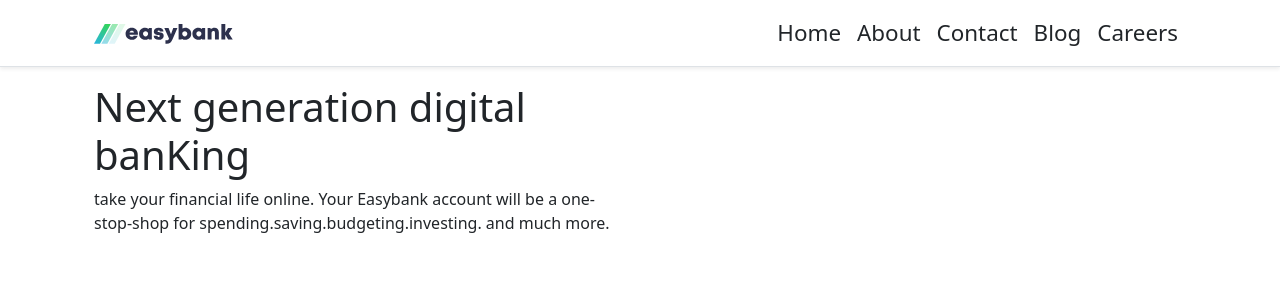
Repository: devbastos/easy-Bank
Page: / (app in frontend/)
These files come from the project's save history. The page is drawn as it stood at one moment and after the next save; the edit follows.
The browser window is 1280 px wide. The pictures show the whole page.
Some web libraries are served in a nearby version. The project was rebuilt for these pictures with package versions that can differ from the ones it lists, and the page was loaded fresh each time.

Above is the page before, as saved 2022-02-03 18:34:27.

### frontend/src/index.html
<!doctype html>
<html lang="en">
<head>
  <meta charset="utf-8">
  <title>Frontend</title>
  <base href="/">
  <meta name="viewport" content="width=device-width, initial-scale=1">
  <link rel="icon" type="image/x-icon" href="favicon.ico">
  <link rel="stylesheet" href="../node_modules/bootstrap/dist/css/bootstrap.css">
  <link rel="stylesheet" href="../node_modules/bootstrap-icons/font/bootstrap-icons.css">
  <!-- CSS only -->
<link href="https://cdn.jsdelivr.net/npm/bootstrap@5.1.3/dist/css/bootstrap.min.css" rel="stylesheet" integrity="sha384-1BmE4kWBq78iYhFldvKuhfTAU6auU8tT94WrHftjDbrCEXSU1oBoqyl2QvZ6jIW3" crossorigin="anonymous">
</head>
<body>
  <app-root></app-root>

  <script src="/node_modules/bootstrap/dist/js/bootstrap.bundle.js" crossorigin="anonymous"></script>
  <!-- JavaScript Bundle with Popper -->
<script src="https://cdn.jsdelivr.net/npm/bootstrap@5.1.3/dist/js/bootstrap.bundle.min.js" integrity="sha384-ka7Sk0Gln4gmtz2MlQnikT1wXgYsOg+OMhuP+IlRH9sENBO0LRn5q+8nbTov4+1p" crossorigin="anonymous"></script>
  <!-- JavaScript Bundle with Popper -->
<script src="https://cdn.jsdelivr.net/npm/bootstrap@5.1.3/dist/js/bootstrap.bundle.min.js" integrity="sha384-ka7Sk0Gln4gmtz2MlQnikT1wXgYsOg+OMhuP+IlRH9sENBO0LRn5q+8nbTov4+1p" crossorigin="anonymous"></script>
</body>
</html>

### frontend/src/app/app.module.ts
import { NgModule } from '@angular/core';
import { BrowserModule } from '@angular/platform-browser';

import { AppRoutingModule } from './app-routing.module';
import { AppComponent } from './app.component';
import { NavbarComponent } from './template/navbar/navbar.component';
import { BrowserAnimationsModule } from '@angular/platform-browser/animations';
import { HeaderComponent } from './template/header/header.component';

@NgModule({
  declarations: [
    AppComponent,
    NavbarComponent,
    HeaderComponent,

  ],
  imports: [
    BrowserModule,
    AppRoutingModule,
    BrowserAnimationsModule
  ],
  providers: [],
  bootstrap: [AppComponent]
})
export class AppModule { }

### frontend/src/app/app.component.ts
import { Component } from '@angular/core';

@Component({
  selector: 'app-root',
  templateUrl:'app.Component.html',
})
export class AppComponent {
  title = 'frontend';
}

### frontend/src/app/app.Component.html
<app-navbar></app-navbar>
<app-header></app-header>

### frontend/src/app/template/navbar/navbar.component.html
<!--
<section id="home">
    <div class="container ms-5 me-5">
        <div class="row">
            <div class="col">



                <nav class="navbar navbar-expand-lg navbar-dark">
                    <ul class="navbar-nav">
                        <li class="nav justify-content-start">
                            <a class="nav-link text-white justify-content-start">
                                logo -->
                    <!-- <svg xmlns="http://www.w3.org/2000/svg" width="139" height="20"><defs><linearGradient id="a" x1="72.195%" x2="17.503%" y1="0%" y2="100%"><stop offset="0%" stop-color="#33D35E"/><stop offset="100%" stop-color="#2AB6D9"/></linearGradient></defs><g fill="none" fill-rule="evenodd"><path fill="#2D314D" fill-rule="nonzero" d="M37.754 15.847c2.852 0 5.152-1.622 5.952-4.216h-3.897c-.376.665-1.14 1.066-2.055 1.066-1.237 0-2.065-.674-2.32-1.978h8.44c.051-.352.081-.694.081-1.037 0-3.335-2.537-5.95-6.201-5.95-3.568 0-6.175 2.564-6.175 6.049 0 3.473 2.628 6.066 6.175 6.066zm2.344-7.297h-4.596c.317-1.129 1.11-1.749 2.252-1.749 1.181 0 2 .613 2.344 1.75zm10.946 7.296c1.32 0 2.5-.434 3.43-1.188l.336.804h3.027V4.093h-2.919l-.4.88c-.94-.775-2.135-1.222-3.474-1.222-3.476 0-5.961 2.505-5.961 6.026 0 3.533 2.485 6.07 5.961 6.07zm.524-3.467c-1.467 0-2.545-1.108-2.545-2.593 0-1.475 1.069-2.583 2.545-2.583 1.466 0 2.544 1.108 2.544 2.583 0 1.485-1.078 2.593-2.544 2.593zm13.123 3.467c3.02 0 5.025-1.554 5.025-3.93 0-2.883-2.387-3.256-4.183-3.575-1.08-.193-1.95-.344-1.95-.99 0-.527.422-.838 1.05-.838.71 0 1.197.337 1.197 1.063h3.667c-.044-2.303-1.92-3.843-4.816-3.843-2.912 0-4.854 1.47-4.854 3.75 0 2.757 2.337 3.289 4.1 3.574 1.092.181 1.952.368 1.952 1.024 0 .587-.543.88-1.116.88-.742 0-1.32-.383-1.32-1.214h-3.77c.036 2.463 1.919 4.1 5.018 4.1zm8.1 3.858c2.936 0 4.344-1.257 5.877-4.736l4.764-10.863h-4.206l-2.249 6.263-2.412-6.263H70.31l4.698 10.43c-.53 1.414-.983 1.804-2.48 1.804H71.45v3.365h1.341zm18.504-3.858c3.5 0 5.973-2.515 5.973-6.048S94.796 3.75 91.295 3.75a5.332 5.332 0 00-2.825.784V0H84.6v15.474h2.897l.37-.844c.923.771 2.102 1.216 3.428 1.216zm-.523-3.467c-1.467 0-2.545-1.108-2.545-2.58 0-1.486 1.078-2.594 2.545-2.594 1.466 0 2.544 1.108 2.544 2.593 0 1.473-1.087 2.58-2.544 2.58zm13.598 3.467c1.32 0 2.5-.434 3.43-1.188l.336.804h3.027V4.093h-2.918l-.401.88c-.939-.775-2.135-1.222-3.474-1.222-3.476 0-5.96 2.505-5.96 6.026 0 3.533 2.484 6.07 5.96 6.07zm.524-3.467c-1.467 0-2.545-1.108-2.545-2.593 0-1.475 1.07-2.583 2.545-2.583 1.467 0 2.545 1.108 2.545 2.583 0 1.485-1.078 2.593-2.545 2.593zm12.653 3.095V9.403c0-1.447.702-2.3 1.923-2.3.986 0 1.483.657 1.483 1.98v6.39h3.915V8.543c0-2.897-1.733-4.773-4.373-4.773-1.47 0-2.733.565-3.58 1.508l-.537-1.172h-2.747v11.369h3.916zm13.748 0v-4.808l2.848 4.808h4.616l-3.902-5.95 3.543-5.419h-4.397l-2.708 4.454V0h-3.916v15.474h3.916z"/><g fill="url(#a)"><path d="M10.802 0L0 19.704h5.986L16.789 0z"/><path opacity=".5" d="M18.171 0L7.368 19.704h5.986L24.157 0z"/><path opacity=".15" d="M25.539 0L14.737 19.704h5.986L31.525 0z"/></g></g></svg>
                            </a>
                             logo end
                        </li>
                    </ul> -->

                        <!-- <button class="navbar-toggler" type="button" data-bs-toggle="collapse" data-bs-target=".navbar-collapse">
                            <svg xmlns="http://www.w3.org/2000/svg" width="30" height="30" fill="currentColor" class="bi bi-list" viewBox="0 0 16 16">
                            <path fill-rule="evenodd" d="M2.5 12a.5.5 0 0 1 .5-.5h10a.5.5 0 0 1 0 1H3a.5.5 0 0 1-.5-.5zm0-4a.5.5 0 0 1 .5-.5h10a.5.5 0 0 1 0 1H3a.5.5 0 0 1-.5-.5zm0-4a.5.5 0 0 1 .5-.5h10a.5.5 0 0 1 0 1H3a.5.5 0 0 1-.5-.5z"/>
                          </svg>
                        </button>
                        <div class="navbar-collapse collapse">
                             nav center

                            <ul class="nav navegacao justify-content-center">
                                <li class="nav-item">
                                  <a class="nav-link" aria-current="page" href="#">Home</a>
                                </li>
                                <li class="nav-item">
                                  <a class="nav-link" href="#">About</a>
                                </li>
                                <li class="nav-item">
                                  <a class="nav-link" href="#">Contact</a>
                                </li>
                                <li class="nav-item">
                                  <a class="nav-link">Blog</a>
                                </li>
                                <li class="nav-item">
                                    <a class="nav-link">Careers</a>
                                  </li>

                                     <button type="button" class="btn botaoDireito opacity-50" style="border: 1px solid danger;">Request Invite</button>

                              </ul>
                             nav center end

                        </div>
                </nav>
            </div>
        </div>
    </div>
    </section>  -->

    <nav class="navbar navbar-expand-lg navbar-dark  border-bottom shadow-sm mb-3">
      <div class="container">
          <a class="navbar-brand" href=""><svg xmlns="http://www.w3.org/2000/svg" width="139" height="20"><defs><linearGradient id="a" x1="72.195%" x2="17.503%" y1="0%" y2="100%"><stop offset="0%" stop-color="#33D35E"/><stop offset="100%" stop-color="#2AB6D9"/></linearGradient></defs><g fill="none" fill-rule="evenodd"><path fill="#2D314D" fill-rule="nonzero" d="M37.754 15.847c2.852 0 5.152-1.622 5.952-4.216h-3.897c-.376.665-1.14 1.066-2.055 1.066-1.237 0-2.065-.674-2.32-1.978h8.44c.051-.352.081-.694.081-1.037 0-3.335-2.537-5.95-6.201-5.95-3.568 0-6.175 2.564-6.175 6.049 0 3.473 2.628 6.066 6.175 6.066zm2.344-7.297h-4.596c.317-1.129 1.11-1.749 2.252-1.749 1.181 0 2 .613 2.344 1.75zm10.946 7.296c1.32 0 2.5-.434 3.43-1.188l.336.804h3.027V4.093h-2.919l-.4.88c-.94-.775-2.135-1.222-3.474-1.222-3.476 0-5.961 2.505-5.961 6.026 0 3.533 2.485 6.07 5.961 6.07zm.524-3.467c-1.467 0-2.545-1.108-2.545-2.593 0-1.475 1.069-2.583 2.545-2.583 1.466 0 2.544 1.108 2.544 2.583 0 1.485-1.078 2.593-2.544 2.593zm13.123 3.467c3.02 0 5.025-1.554 5.025-3.93 0-2.883-2.387-3.256-4.183-3.575-1.08-.193-1.95-.344-1.95-.99 0-.527.422-.838 1.05-.838.71 0 1.197.337 1.197 1.063h3.667c-.044-2.303-1.92-3.843-4.816-3.843-2.912 0-4.854 1.47-4.854 3.75 0 2.757 2.337 3.289 4.1 3.574 1.092.181 1.952.368 1.952 1.024 0 .587-.543.88-1.116.88-.742 0-1.32-.383-1.32-1.214h-3.77c.036 2.463 1.919 4.1 5.018 4.1zm8.1 3.858c2.936 0 4.344-1.257 5.877-4.736l4.764-10.863h-4.206l-2.249 6.263-2.412-6.263H70.31l4.698 10.43c-.53 1.414-.983 1.804-2.48 1.804H71.45v3.365h1.341zm18.504-3.858c3.5 0 5.973-2.515 5.973-6.048S94.796 3.75 91.295 3.75a5.332 5.332 0 00-2.825.784V0H84.6v15.474h2.897l.37-.844c.923.771 2.102 1.216 3.428 1.216zm-.523-3.467c-1.467 0-2.545-1.108-2.545-2.58 0-1.486 1.078-2.594 2.545-2.594 1.466 0 2.544 1.108 2.544 2.593 0 1.473-1.087 2.58-2.544 2.58zm13.598 3.467c1.32 0 2.5-.434 3.43-1.188l.336.804h3.027V4.093h-2.918l-.401.88c-.939-.775-2.135-1.222-3.474-1.222-3.476 0-5.96 2.505-5.96 6.026 0 3.533 2.484 6.07 5.96 6.07zm.524-3.467c-1.467 0-2.545-1.108-2.545-2.593 0-1.475 1.07-2.583 2.545-2.583 1.467 0 2.545 1.108 2.545 2.583 0 1.485-1.078 2.593-2.545 2.593zm12.653 3.095V9.403c0-1.447.702-2.3 1.923-2.3.986 0 1.483.657 1.483 1.98v6.39h3.915V8.543c0-2.897-1.733-4.773-4.373-4.773-1.47 0-2.733.565-3.58 1.508l-.537-1.172h-2.747v11.369h3.916zm13.748 0v-4.808l2.848 4.808h4.616l-3.902-5.95 3.543-5.419h-4.397l-2.708 4.454V0h-3.916v15.474h3.916z"/><g fill="url(#a)"><path d="M10.802 0L0 19.704h5.986L16.789 0z"/><path opacity=".5" d="M18.171 0L7.368 19.704h5.986L24.157 0z"/><path opacity=".15" d="M25.539 0L14.737 19.704h5.986L31.525 0z"/></g></g></svg></a>
          <button class="navbar-toggler" type="button" data-bs-toggle="collapse" data-bs-target=".navbar-collapse">
            <svg xmlns="http://www.w3.org/2000/svg" width="30" height="30" fill="currentColor" class="bi bi-list" viewBox="0 0 16 16">
              <path fill-rule="evenodd" d="M2.5 12a.5.5 0 0 1 .5-.5h10a.5.5 0 0 1 0 1H3a.5.5 0 0 1-.5-.5zm0-4a.5.5 0 0 1 .5-.5h10a.5.5 0 0 1 0 1H3a.5.5 0 0 1-.5-.5zm0-4a.5.5 0 0 1 .5-.5h10a.5.5 0 0 1 0 1H3a.5.5 0 0 1-.5-.5z"/>
            </svg>
          </button>
          <div class="navbar-collapse collapse">
              <ul class="navbar-nav flex-grow-1 ">

              </ul>

              <div class="align-self-center">
                  <ul class="navbar-nav">
                    <li class="nav-item">
                      <a class="nav-link text-dark text-dark" aria-current="page" href="#">Home</a>
                    </li>
                    <li class="nav-item">
                      <a class="nav-link text-dark" href="#">About</a>
                    </li>
                    <li class="nav-item">
                      <a class="nav-link text-dark" href="#">Contact</a>
                    </li>
                    <li class="nav-item">
                      <a class="nav-link text-dark">Blog</a>
                    </li>
                    <li class="nav-item">
                        <a class="nav-link text-dark">Careers</a>
                      </li>
                  </ul>
              </div>

              <!-- <div class="align-self-end">
                <ul class="navbar-nav">
                  <li class="nav-item" id="btn">
                      <a class="nav-link" href="">Request Invite</a>
                  </li>
              </ul>
              </div> -->
          </div>
      </div>
  </nav>

### frontend/src/app/template/navbar/navbar.component.css
.navbar-toggler {
  color: black;
  margin-right: 1.5rem;
}

.nav-link {
  font-size: 1.4rem;
}

.nav-item :hover {
  text-decoration: overline 3px #31d35c9c;
  transform: scale(1, 1);
  transition: 0.3s ease;
}
/*
#btn {
  background: 50% rgb(45, 49, 77);
  background: 50%
    linear-gradient(
      90deg,
      rgba(45, 49, 77, 0.719) 24%,
      #31d35c9c 51%,
      rgba(43, 183, 218, 0.664) 100%
    );
  color: #fff;
  border-radius: 10rem;
  margin-left: 5rem;
} */

### frontend/src/app/template/header/header.component.html
<div class="container">
    <div class="row">
        <div class="col-6">
            <h1>Next generation digital banKing</h1>

            <p>take your financial life online. Your Easybank account will be a one-stop-shop for spending.saving.budgeting.investing. and much more.</p>
        </div>
    </div>
</div>

Loaded but not shown: frontend/src/main.ts (common file); frontend/src/environments/environment.ts (common file); frontend/src/app/app-routing.module.ts (common file); frontend/src/app/template/navbar/navbar.component.ts (common file); frontend/src/app/template/header/header.component.ts (common file); frontend/src/app/template/header/header.component.css (no stored copy; drawn as an empty file)

After the next save:
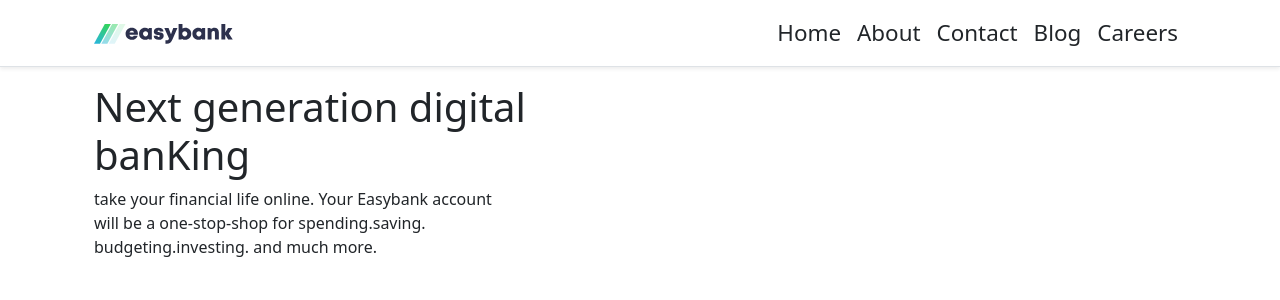
Saved 56 s later.
--- a/frontend/src/app/template/header/header.component.html
+++ b/frontend/src/app/template/header/header.component.html
@@ -3,7 +3,12 @@
         <div class="col-6">
             <h1>Next generation digital banKing</h1>
 
-            <p>take your financial life online. Your Easybank account will be a one-stop-shop for spending.saving.budgeting.investing. and much more.</p>
+            <p>take your financial life online. Your Easybank account <br>
+                will be a one-stop-shop for spending.saving.<br>
+                budgeting.investing. and much more.
+            </p>
+
+
         </div>
     </div>
 </div>
